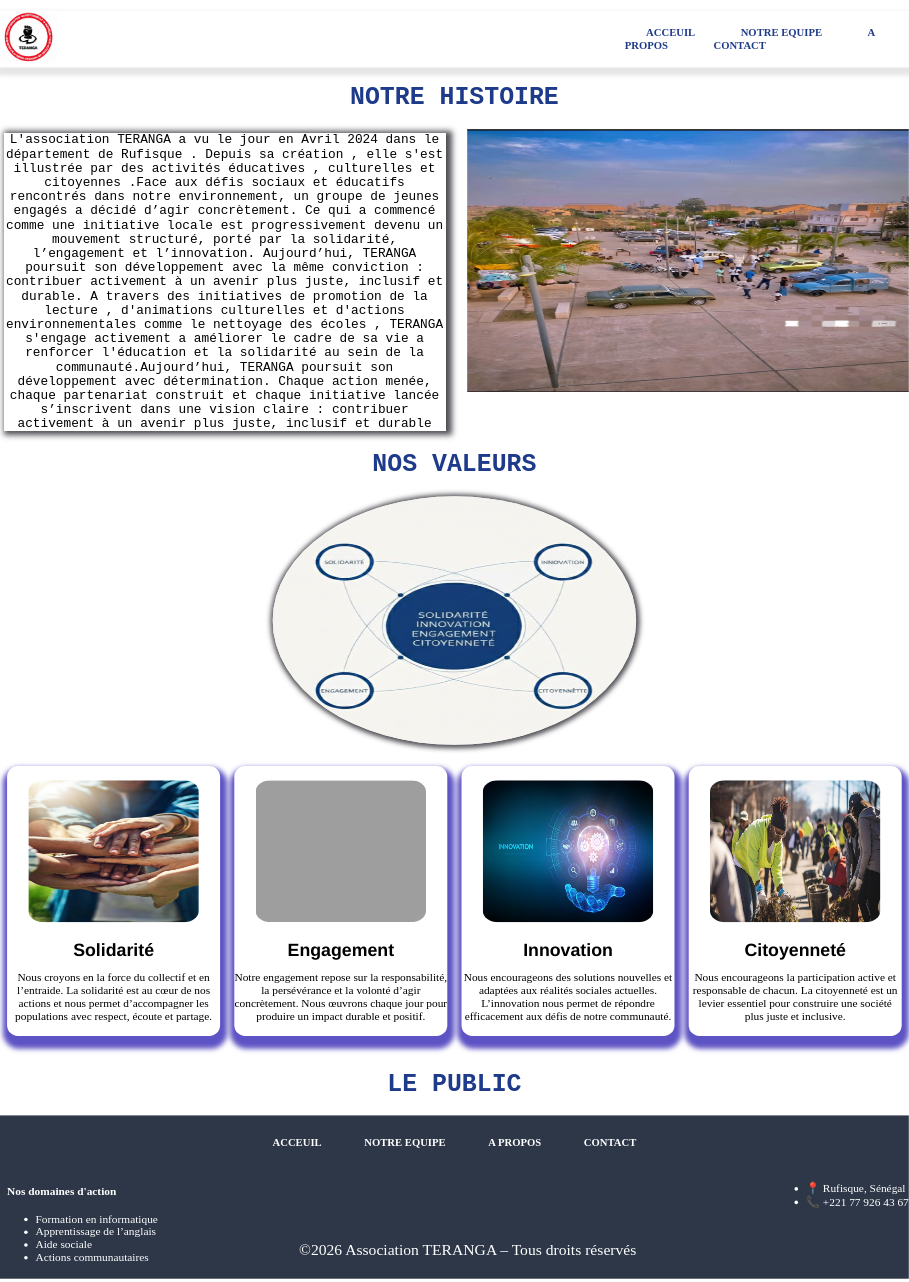
Repository: assanendao171/projet-teranga
Page: propos.html
These files come from the project's save history. The page is drawn as it stood at one moment and after the next save; the edit follows.
The browser window is 1280 px wide. The pictures show the whole page, at 71% of full size.
Pictures or frames that could not be fetched are drawn as grey boxes.

Above is the page before, as saved 2026-02-12 13:40:49.

After the next save:
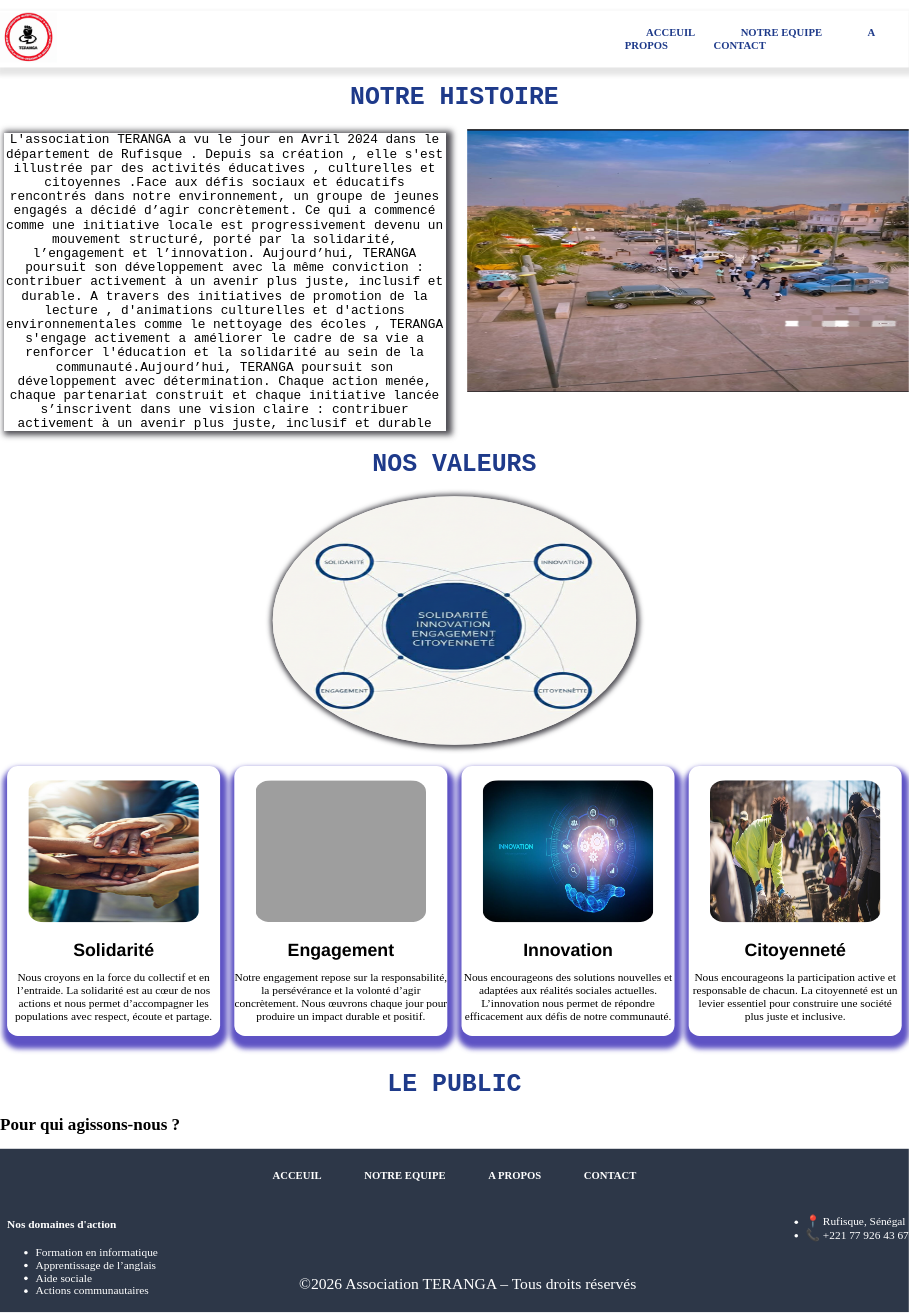
Saved 4 s later.
--- a/propos.html
+++ b/propos.html
@@ -89,7 +89,7 @@ La citoyenneté est un levier essentiel pour construire une société plus juste
     <!-- le public -->
      <div>
         <h1 id="public">LE PUBLIC</h1>
-
+    <h2>Pour qui agissons-nous ?</h2>
      </div>
 </main>
 
